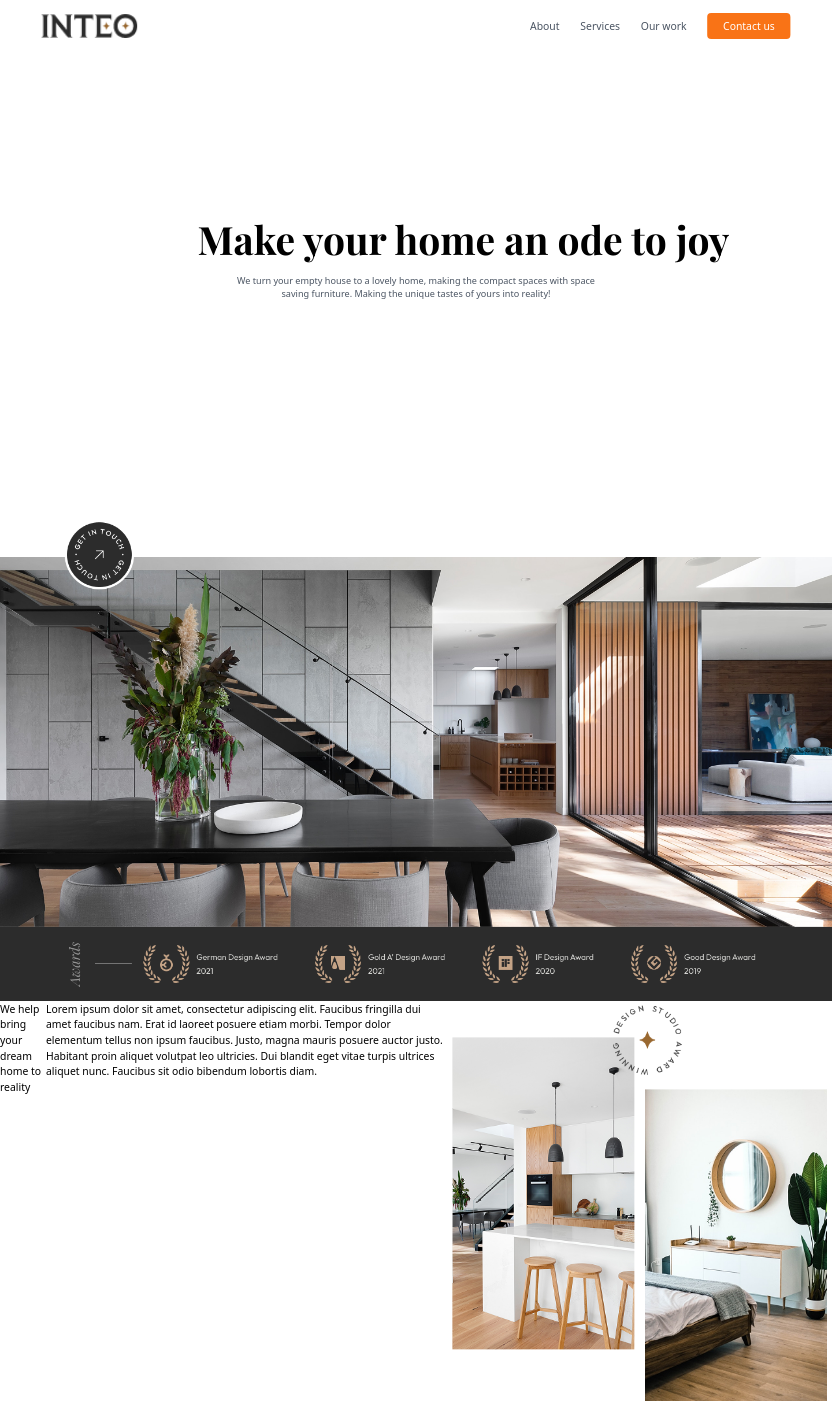
Repository: CatherinneJ/responsive-tailwind-website
Page: tailwind.html
These files come from the project's save history. The page is drawn as it stood at one moment and after the next save; the edit follows.
The browser window is 1280 px wide. The pictures show the whole page, at 65% of full size.
Some web libraries are served in a nearby version.

Above is the page before, as saved 2025-05-20 19:07:41.

After the next save:
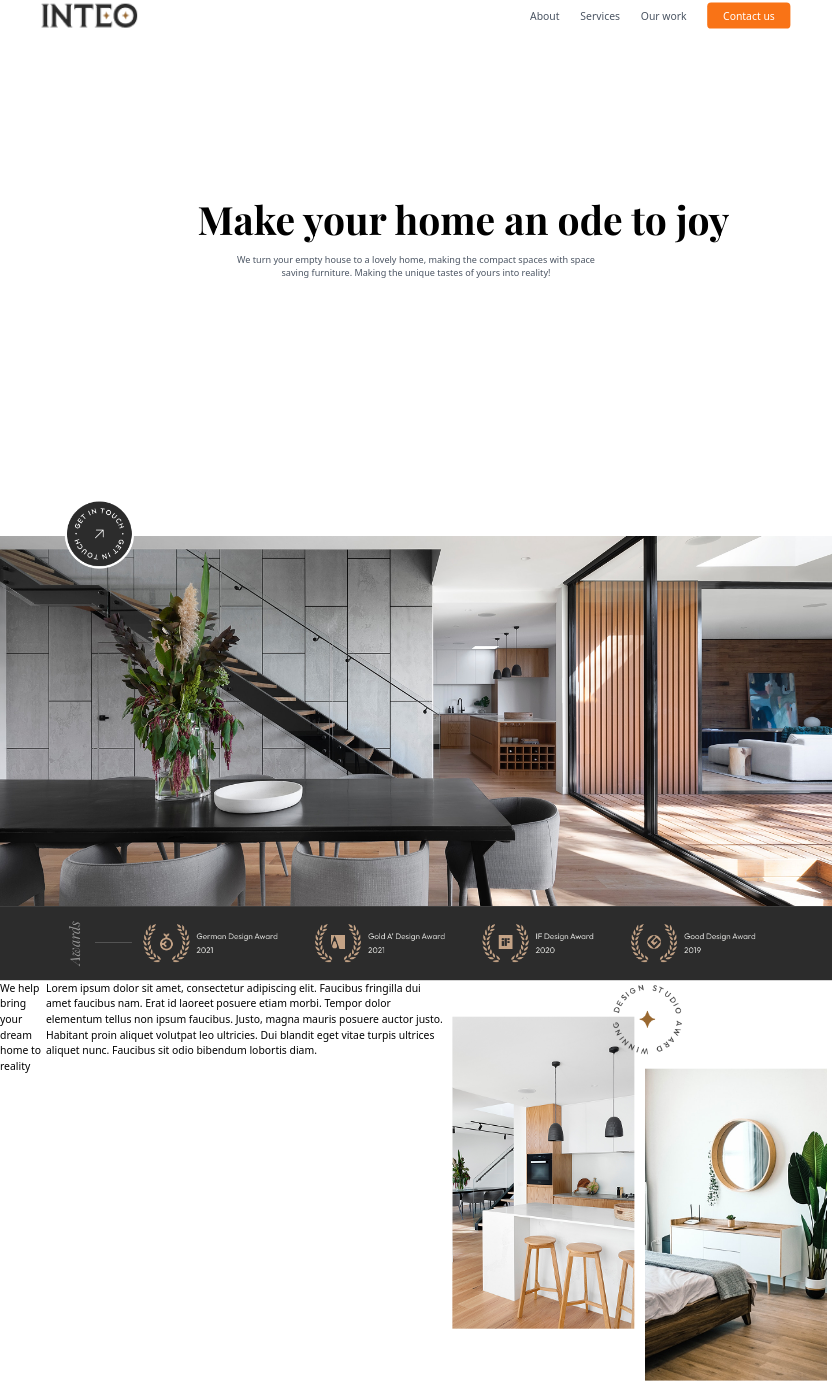
Saved 16 s later.
--- a/tailwind.html
+++ b/tailwind.html
@@ -13,7 +13,7 @@
     </style>
 </head>
 <body class="bg-white">
-    <header class="py-5 px-8 lg:px-16">
+    <header class="py-1 px-8 lg:px-16">
         <nav class="flex justify-between items-center">
             <img src="./Assets/Logo.png" alt="logo" class="h-10">
             <ul class="flex space-x-8 items-center">
